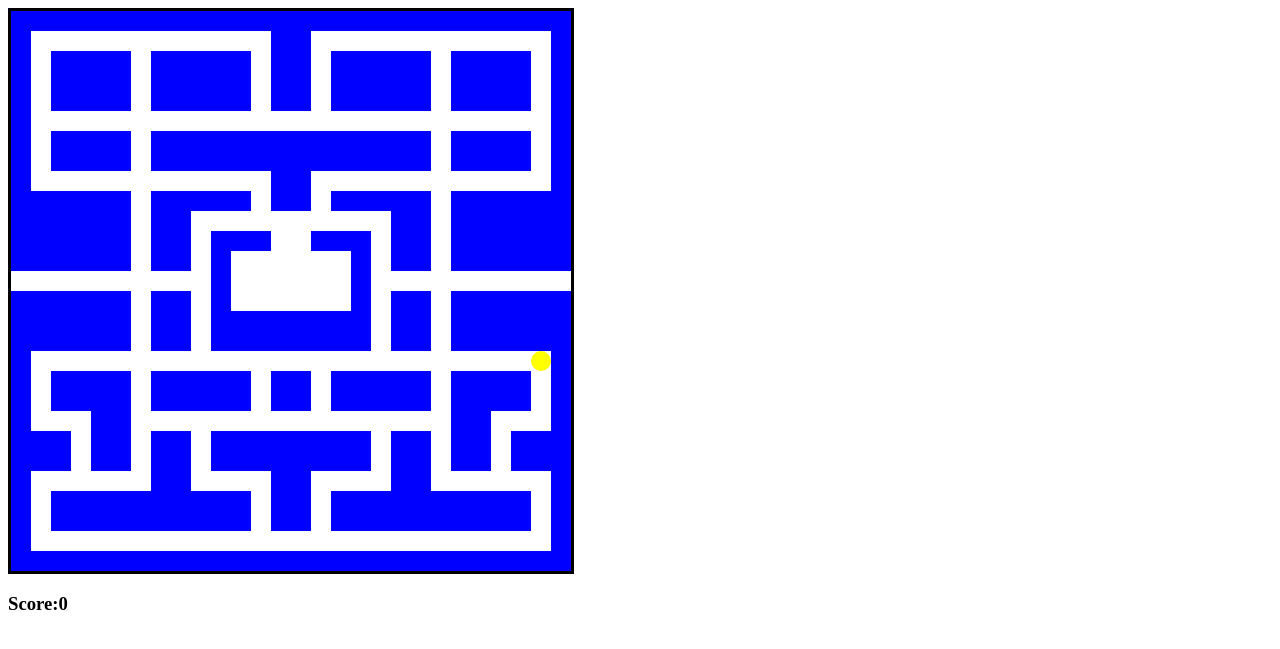
Repository: helenmoj/pac-man-game
Page: index.html
The author's editor kept a copy of each file at every save. The page is drawn from the files as they stood at one save, then again after a run of saves.
The browser window is 1280 px wide. The pictures show the whole page.

Above is the page before, as saved 2022-01-05 20:41:53.

### index.html
<!DOCTYPE html>
<html lang="en">
<link>
    <meta charset="UTF-8">
    <meta http-equiv="X-UA-Compatible" content="IE=edge">
    <meta name="viewport" content="width=device-width, initial-scale=1.0">
    <title>Pac Man</title>
    <link rel="stylesheet" href="style.css"></link>
    <script src="app.js" charset="utf-8"></script>
</head>
<body>

    <div class="grid"></div>

    <h3>Score:<span id="score">0</span></h3>

</body>
</html>

### style.css
.grid {
    display: flex;
    flex-wrap: wrap;
    width: 560px;
    height: 560px;
    border: solid black;
}

.grid div {
    width: 20px;
    height: 20px;
}

.pac-dot {
    background-color: green;
    border: 5px solid white;
    box-sizing: border-box;
}

.wall {
    background-color: blue;
}

.power-pellet {
    background-color: green;
    border-radius: 10px;
}

.pac-man {
    background-color: yellow;
    border-radius: 10px;
}

### app.js
document.addEventListener("DOMContentLoaded", () => {
  const grid = document.querySelector(".grid"); // pick up class name of grid using querySelector
  const scoreDisplay = document.getElementById("score"); //  do the same as above but pick up Id using score
  const width = 28; //28 x 28 = 784 squares

  // layout of grid and what is in the squares

  const layout = [
    1, 1, 1, 1, 1, 1, 1, 1, 1, 1, 1, 1, 1, 1, 1, 1, 1, 1, 1, 1, 1, 1, 1, 1, 1,
    1, 1, 1, 1, 0, 0, 0, 0, 0, 0, 0, 0, 0, 0, 0, 0, 1, 1, 0, 0, 0, 0, 0, 0, 0,
    0, 0, 0, 0, 0, 1, 1, 0, 1, 1, 1, 1, 0, 1, 1, 1, 1, 1, 0, 1, 1, 0, 1, 1, 1,
    1, 1, 0, 1, 1, 1, 1, 0, 1, 1, 3, 1, 1, 1, 1, 0, 1, 1, 1, 1, 1, 0, 1, 1, 0,
    1, 1, 1, 1, 1, 0, 1, 1, 1, 1, 3, 1, 1, 0, 1, 1, 1, 1, 0, 1, 1, 1, 1, 1, 0,
    1, 1, 0, 1, 1, 1, 1, 1, 0, 1, 1, 1, 1, 0, 1, 1, 0, 0, 0, 0, 0, 0, 0, 0, 0,
    0, 0, 0, 0, 0, 0, 0, 0, 0, 0, 0, 0, 0, 0, 0, 0, 0, 1, 1, 0, 1, 1, 1, 1, 0,
    1, 1, 1, 1, 1, 1, 1, 1, 1, 1, 1, 1, 1, 1, 0, 1, 1, 1, 1, 0, 1, 1, 0, 1, 1,
    1, 1, 0, 1, 1, 1, 1, 1, 1, 1, 1, 1, 1, 1, 1, 1, 1, 0, 1, 1, 1, 1, 0, 1, 1,
    0, 0, 0, 0, 0, 0, 0, 0, 0, 0, 0, 0, 1, 1, 0, 0, 0, 0, 0, 0, 0, 0, 0, 0, 0,
    0, 1, 1, 1, 1, 1, 1, 1, 0, 1, 1, 1, 1, 1, 0, 1, 1, 0, 1, 1, 1, 1, 1, 0, 1,
    1, 1, 1, 1, 1, 1, 1, 1, 1, 1, 1, 0, 1, 1, 4, 4, 4, 4, 4, 4, 4, 4, 4, 4, 1,
    1, 0, 1, 1, 1, 1, 1, 1, 1, 1, 1, 1, 1, 1, 0, 1, 1, 4, 1, 1, 1, 2, 2, 1, 1,
    1, 4, 1, 1, 0, 1, 1, 1, 1, 1, 1, 1, 1, 1, 1, 1, 1, 0, 1, 1, 4, 1, 2, 2, 2,
    2, 2, 2, 1, 4, 1, 1, 0, 1, 1, 1, 1, 1, 1, 4, 4, 4, 4, 4, 4, 0, 0, 0, 4, 1,
    2, 2, 2, 2, 2, 2, 1, 4, 0, 0, 0, 4, 4, 4, 4, 4, 4, 1, 1, 1, 1, 1, 1, 0, 1,
    1, 4, 1, 2, 2, 2, 2, 2, 2, 1, 4, 1, 1, 0, 1, 1, 1, 1, 1, 1, 1, 1, 1, 1, 1,
    1, 0, 1, 1, 4, 1, 1, 1, 1, 1, 1, 1, 1, 4, 1, 1, 0, 1, 1, 1, 1, 1, 1, 1, 1,
    1, 1, 1, 1, 0, 1, 1, 4, 1, 1, 1, 1, 1, 1, 1, 1, 4, 1, 1, 0, 1, 1, 1, 1, 1,
    1, 1, 0, 0, 0, 0, 0, 0, 0, 0, 4, 4, 4, 4, 4, 4, 4, 4, 4, 4, 0, 0, 0, 0, 0,
    0, 0, 0, 1, 1, 0, 1, 1, 1, 1, 0, 1, 1, 1, 1, 1, 0, 1, 1, 0, 1, 1, 1, 1, 1,
    0, 1, 1, 1, 1, 0, 1, 1, 0, 1, 1, 1, 1, 0, 1, 1, 1, 1, 1, 0, 1, 1, 0, 1, 1,
    1, 1, 1, 0, 1, 1, 1, 1, 0, 1, 1, 3, 0, 0, 1, 1, 0, 0, 0, 0, 0, 0, 0, 0, 0,
    0, 0, 0, 0, 0, 0, 0, 1, 1, 0, 0, 3, 1, 1, 1, 1, 0, 1, 1, 0, 1, 1, 0, 1, 1,
    1, 1, 1, 1, 1, 1, 0, 1, 1, 0, 1, 1, 0, 1, 1, 1, 1, 1, 1, 0, 1, 1, 0, 1, 1,
    0, 1, 1, 1, 1, 1, 1, 1, 1, 0, 1, 1, 0, 1, 1, 0, 1, 1, 1, 1, 0, 0, 0, 0, 0,
    0, 1, 1, 0, 0, 0, 0, 1, 1, 0, 0, 0, 0, 1, 1, 0, 0, 0, 0, 0, 0, 1, 1, 0, 1,
    1, 1, 1, 1, 1, 1, 1, 1, 1, 0, 1, 1, 0, 1, 1, 1, 1, 1, 1, 1, 1, 1, 1, 0, 1,
    1, 0, 1, 1, 1, 1, 1, 1, 1, 1, 1, 1, 0, 1, 1, 0, 1, 1, 1, 1, 1, 1, 1, 1, 1,
    1, 0, 1, 1, 0, 0, 0, 0, 0, 0, 0, 0, 0, 0, 0, 0, 0, 0, 0, 0, 0, 0, 0, 0, 0,
    0, 0, 0, 0, 0, 1, 1, 1, 1, 1, 1, 1, 1, 1, 1, 1, 1, 1, 1, 1, 1, 1, 1, 1, 1,
    1, 1, 1, 1, 1, 1, 1, 1, 1,
  ];


  //Legend
  // 0 - pac-dots
  // 1 - wall
  // 2 - ghost-lair
  // 3 - power-pellet
  // 4 - empty

  const squares = [];

  //draw the grid and render it

  function createBoard() { // function called createBoard
    for (let i = 0; i < layout.length; i++) { // use length of the layout array and loop over it to render a grid in my browser
      const square = document.createElement("div"); // use createElement to create a div for all 7 of the 84 squares
      grid.appendChild(square); // put these squares in our grid using appendChild
      squares.push(square); // pushing all these created squares into a new array called 'squares' (empty array above)

      //add layout to the board
      if (layout[i] === 1) {
        squares[i].classList.add('wall'); // if first item is equal to 1 we give it a class of wall
      }
    }
  }

  createBoard(); // invoke the function

  // starting position of pac-man

  // draw pacman and blinky

  let pacmanCurrentIndex = 502; // passing through a number
  squares[pacmanCurrentIndex].classList.add('pac-man'); // add a class of pacman - get pacman in the grid

  let blinkyCurrentIndex = 197; // draw blinky
  squares[blinkyCurrentIndex].classList.add('blinky');

  // get coordinates of pacman or blinky

  function getCoordinates (index) {
    return [index % width, Math.floor(index / width)];
  }

  console.log(getCoordinates(502));


  // move Blinky

  function moveBlinky () {
    const directions =[-1, +1, +width, -width];
    let ghostTimerID = NaN;
    let direction = directions[Math.floor(Math.random() * directions.length)];


    ghostTimerID = setInterval(function(){
      console.log(blinkyCurrentIndex);
      if (!squares[blinkyCurrentIndex + direction].classList.contains('wall')) {
        // remove ghost class
        squares[blinkyCurrentIndex].classList.remove('blinky');
        // check if the new space is closer

        const [blinkyX, blinkyY] = getCoordinates(blinkyCurrentIndex);
        const [pacManX, pacManY] = getCoordinates(pacmanCurrentIndex);
        const [blinkyNextX, blinkyNextY] = getCoordinates(blinkyCurrentIndex + direction);

        function isXCoordCloser() {
          if ((blinkyNextX - pacManX) > (blinkyX - pacManX)){
            return true
          } else return false
       }

        function isYCoordCloser() {
          if ((blinkyNextY - pacManY) > (blinkyY - pacManY)) {
            return true
          } else return false
        }
        if (isXCoordCloser() || isYCoordCloser()) {
          blinkyCurrentIndex += direction
          squares[blinkyCurrentIndex].classList.add('blinky')

        } else {
          squares[blinkyCurrentIndex].classList.add('blinky')
          direction = directions[Math.floor(Math.random() * directions.length)]
      }
      squares[blinkyCurrentIndex].classList.add('blinky')
      } else direction = directions[Math.floor(Math.random() * directions.length)]

    if(squares[blinkyCurrentIndex].classList.contains('pac-man')) clearInterval(ghostimerId)

  }, 300)
}


moveBlinky();
});

After the next 5 saves:
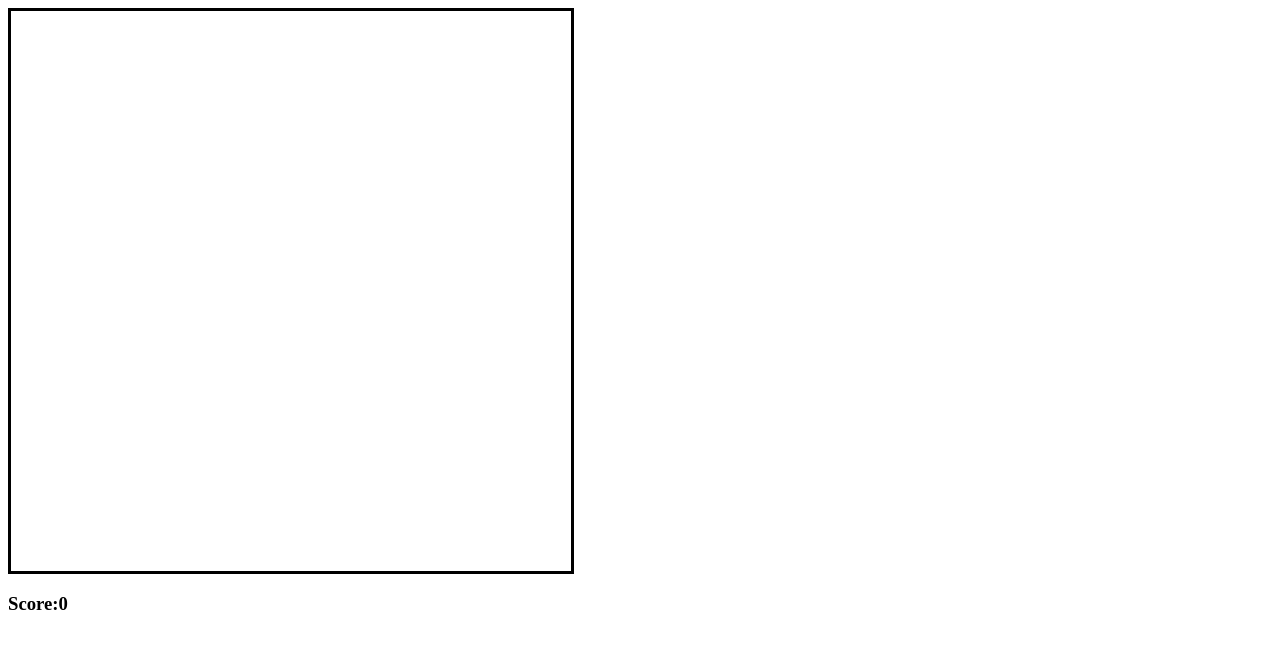
Console error: SyntaxError: Unexpected token ';'
The 5 saves are shown as one change because they came seconds apart.
The last was saved 36 s later.
--- a/app.js
+++ b/app.js
@@ -107,21 +107,21 @@
 
         function isXCoordCloser() {
           if ((blinkyNextX - pacManX) > (blinkyX - pacManX)){
-            return true
-          } else return false
+            return true;
+          } else return false;
        }
 
         function isYCoordCloser() {
           if ((blinkyNextY - pacManY) > (blinkyY - pacManY)) {
-            return true
-          } else return false
+            return true;
+          } else return false;
         }
         if (isXCoordCloser() || isYCoordCloser()) {
           blinkyCurrentIndex += direction
           squares[blinkyCurrentIndex].classList.add('blinky')
 
         } else {
-          squares[blinkyCurrentIndex].classList.add('blinky')
+          squares[blinkyCurrentIndex].;classList.add('blinky')
           direction = directions[Math.floor(Math.random() * directions.length)]
       }
       squares[blinkyCurrentIndex].classList.add('blinky')
